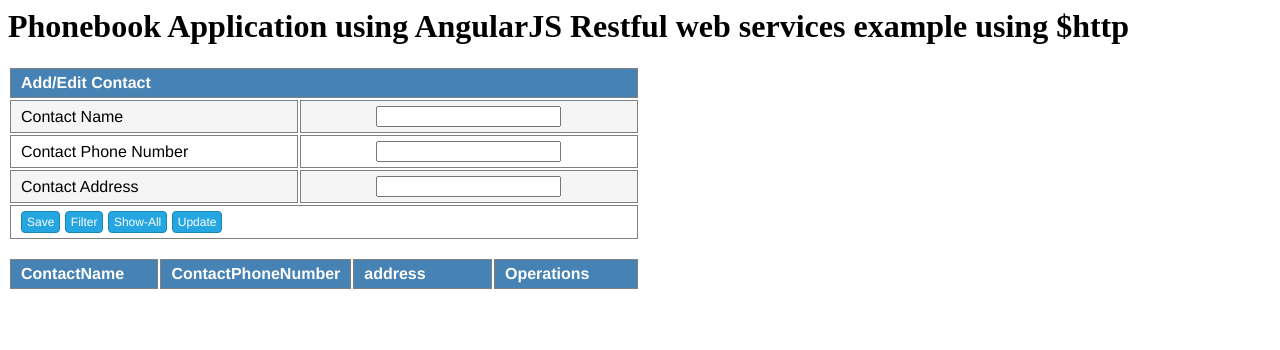
Repository: nagayyaguddadmath/JavaSimpleProjects
Page: simplephonebook/src/main/webapp/CRUDContacts.html
The author's editor kept a copy of each file at every save. The page is drawn from the files as they stood at one save, then again after the next save.
The browser window is 1280 px wide. The pictures show the whole page.
The page's requests for data from a server got no answer.

Above is the page before, as saved 2017-10-22 12:10:08.

### simplephonebook/src/main/webapp/CRUDContacts.html

<html ng-app="manage">
<head>


<title>Nagayya's PhoneBook Application</title>

<script src="angular.min.js"></script>
<script src="contact.js"></script>


<style>
.blue-button {
	background: #25A6E1;
	filter: progid: DXImageTransform.Microsoft.gradient( startColorstr='#25A6E1',
		endColorstr='#188BC0', GradientType=0);
	padding: 3px 5px;
	color: #fff;
	font-family: 'Helvetica Neue', sans-serif;
	font-size: 12px;
	border-radius: 2px;
	-moz-border-radius: 2px;
	-webkit-border-radius: 4px;
	border: 1px solid #1A87B9
}

.red-button {
	background: #CD5C5C;
	padding: 3px 5px;
	color: #fff;
	font-family: 'Helvetica Neue', sans-serif;
	font-size: 12px;
	border-radius: 2px;
	-moz-border-radius: 2px;
	-webkit-border-radius: 4px;
	border: 1px solid #CD5C5C
}

table {
	font-family: "Helvetica Neue", Helvetica, sans-serif;
	width: 50%;
}

caption {
	text-align: left;
	color: silver;
	font-weight: bold;
	text-transform: uppercase;
	padding: 5px;
}

th {
	background: SteelBlue;
	color: white;
}

tbody tr:nth-child(even) {
	background: WhiteSmoke;
}

tbody tr td:nth-child(2) {
	text-align: center;
}

tbody tr td:nth-child(3), tbody tr td:nth-child(4) {
	text-align: center;
	font-family: monospace;
}

tfoot {
	background: SeaGreen;
	color: white;
	text-align: right;
}

tfoot tr th:last-child {
	font-family: monospace;
}

td, th {
	border: 1px solid gray;
	width: 25%;
	text-align: left;
	padding: 5px 10px;
}
</style>
<head>
<body>
	<h1>Phonebook Application using AngularJS Restful web services example using $http</h1>
	<div ng-controller="ContactController">

		<form>
			<table>

				<tr>
					<th colspan="2">Add/Edit Contact</th>
				</tr>
				<tr>
					<td>Contact Name</td>
					<td><input type="text" ng-model="contactForm.name" /></td>
				</tr>
				<tr>
					<td>Contact Phone Number</td>
					<td><input type="text" ng-model="contactForm.phone_number" /></td>
				</tr>
				<tr>
					<td>Contact Address</td>
					<td><input type="text" ng-model="contactForm.address" /></td>
				</tr>
				<tr>
					<td colspan="2">
					<button ng-click="submitContact()"  class="blue-button" >Save</button>
					<button ng-click="submitFilter()" class="blue-button" >Filter</button>
					<button ng-click="showAll()" class="blue-button" >Show-All</button>
					<button ng-click="updateContact()" class="blue-button" >Update</button>

					</td>
				</tr>
			</table>
		</form>
		<table>
			<tr>

				<th>ContactName</th>
				<th>ContactPhoneNumber</th>
				<th>address</th>
				<th>Operations</th>

			</tr>

			<tr ng-repeat="contact in contacts">

				<td>{{ contact.name }}</td>
				<td>{{ contact.phone_number }}</td>
				<td>{{ contact.address }}</td>

				<td>
				<button ng-click="editContact(contact)" class="blue-button">Edit</button>
					| <button ng-click="deleteContact(contact)" class="red-button">Delete</button>
				</td>
			</tr>


		</table>
	</div>



</body>
</html>

### simplephonebook/src/main/webapp/contact.js


var app = angular.module("manage", []);

//Controller Part
app.controller("ContactController", function($scope, $http) {


	$scope.contacts = [];
	$scope.contactForm = {
			id : -1,
			name : "",
			phone_number : "",
			address : ""
	};


	_refreshcontactData();



	$scope.submitContact = function() {
		var method = "";
		var url = "";
		method = "POST";
		url = 'http://localhost:8080/addContact';

		$http({
			method : method,
			url : url,
			data : angular.toJson($scope.contactForm),
			headers : {
				'Content-Type' : 'application/json'
			}
		}).then( _success, _error );

		alert("Operation  completed successfully");
	};


	$scope.submitFilter = function() {
		var method = "";
		var url = "";

		method = "POST";
		url = 'http://localhost:8080/searchContacts';

		$http({
			method : method,
			url : url,
			data : angular.toJson($scope.contactForm),
			headers : {
				'Content-Type' : 'application/json'
			}
		}).then(function successCallback(response) {
			$scope.contacts = response.data;
		}, function errorCallback(response) {
			alert(JSON.stringify(response));
			console.log(response.statusText);
		});

	};

	$scope.showAll = function() {

		_refreshcontactData();

	};

	$scope.updateContact = function() {
		var method = "";
		var url = "";

		method = "POST";
		url = 'http://localhost:8080/updateContact';

		$http({
			method : method,
			url : url,
			data : angular.toJson($scope.contactForm),
			headers : {
				'Content-Type' : 'application/json'
			}
		}).then(function successCallback(response) {
			$scope.contacts = response.data;
			_refreshcontactData();
		}, function errorCallback(response) {
			alert(JSON.stringify(response));
			console.log(response.statusText);
		});

	};


	//HTTP DELETE- delete contact by Id
	$scope.deleteContact = function(contact) {

		$scope.contactForm.name = contact.name;
		$scope.contactForm.phone_number = contact.phone_number;
		$scope.contactForm.address = contact.address;

		$http({
			method : 'POST',
			url : 'http://localhost:8080/removeContact',
			data : angular.toJson($scope.contactForm),
			headers : {
				'Content-Type' : 'application/json'
			}
		}).then(_success, _error);
	};

	// In case of edit, populate form fields
	$scope.editContact = function(contact) {

		$scope.contactForm.name = contact.name;
		$scope.contactForm.phone_number = contact.phone_number;
		$scope.contactForm.address = contact.address;

		alert("Please edit above and click on Update button. Please don't edit Name..");
	};


	function _refreshcontactData() {
		$http({
			method : 'GET',
			url : 'http://localhost:8080/getAll'
		}).then(function successCallback(response) {
			$scope.contacts = response.data;
		}, function errorCallback(response) {
			alert(JSON.stringify(response));
			console.log(response.statusText);
		});
	}

	function _success(response) {
		_refreshcontactData();
		_clearFormData()
	}

	function _error(response) {
		alert(JSON.stringify(response));
		console.log(response.statusText);
	}

	//Clear the form
	function _clearFormData() {
		$scope.contactForm.id = -1;
		$scope.contactForm.name = "";
		$scope.contactForm.phone_number = "";
		$scope.contactForm.address = "";

	};

});

Loaded but not shown: simplephonebook/src/main/webapp/angular.min.js (library)

After the next save:
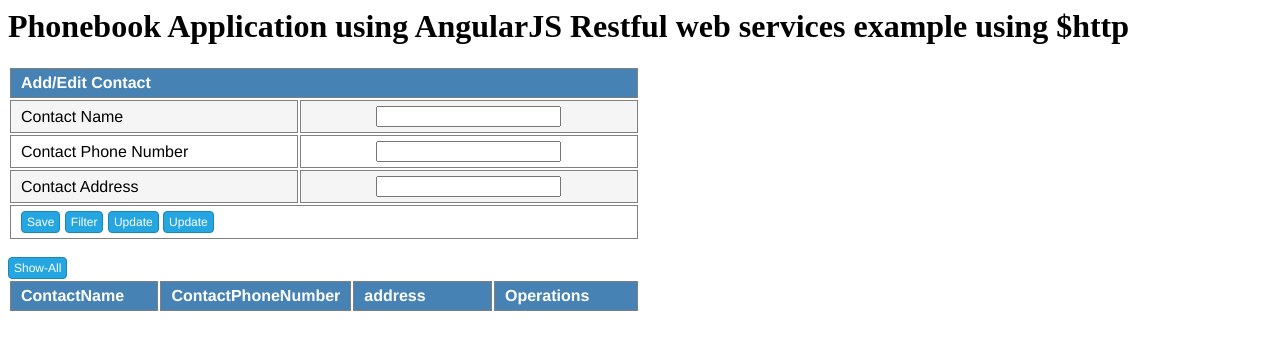
Saved 106 s later.
--- a/simplephonebook/src/main/webapp/CRUDContacts.html
+++ b/simplephonebook/src/main/webapp/CRUDContacts.html
@@ -111,13 +111,21 @@
 					<td colspan="2">
 					<button ng-click="submitContact()"  class="blue-button" >Save</button>
 					<button ng-click="submitFilter()" class="blue-button" >Filter</button>
-					<button ng-click="showAll()" class="blue-button" >Show-All</button>
+					<button ng-click="updateContact()" class="blue-button" >Update</button>
 					<button ng-click="updateContact()" class="blue-button" >Update</button>
 
 					</td>
 				</tr>
 			</table>
 		</form>
+
+		<table>
+			<tr>
+					<button ng-click="showAll()" class="blue-button" >Show-All</button>
+			</tr>
+		</table>
+
+
 		<table>
 			<tr>
 
